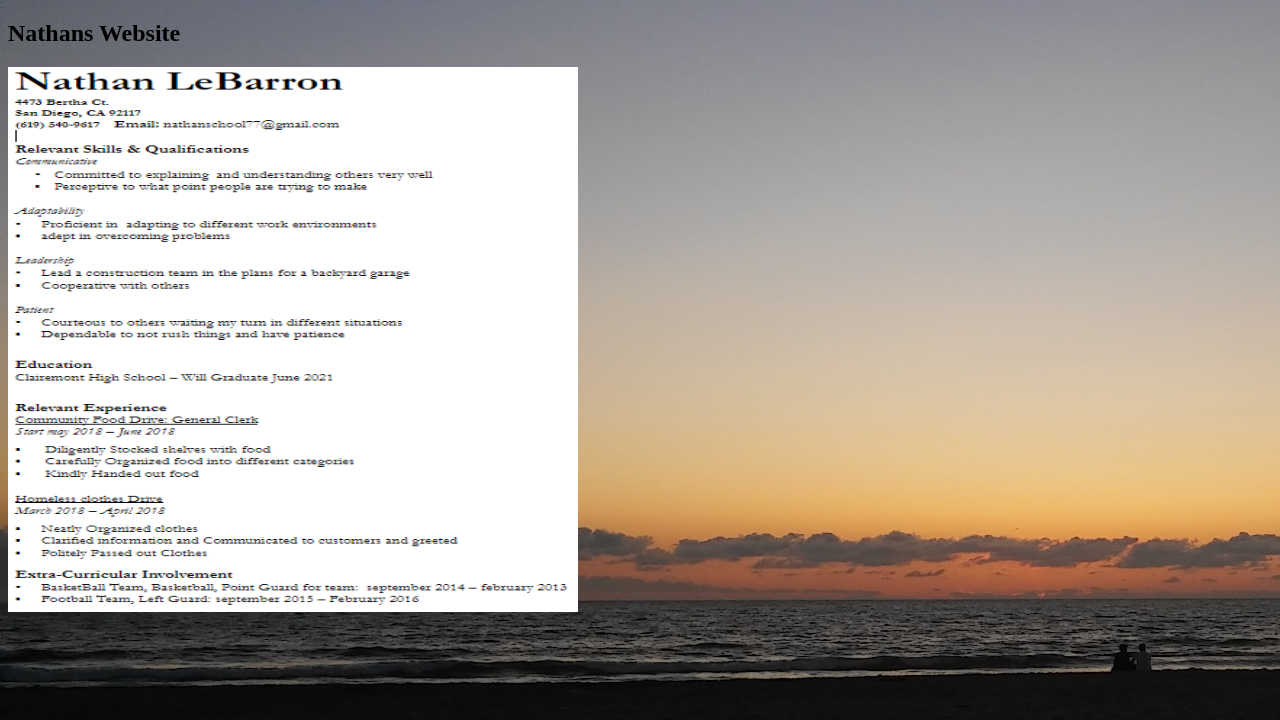
Repository: Nathan12144/Nathan12144.github.io
Page: resume.html
The author's editor kept a record of every edit. The page is drawn from the files as they stood at one moment, then again after the next edit.
The browser window is 1280 px wide. The pictures show the whole page.

Above is the page before.

### resume.html
<!DOCTYPE html>
<html>
    <style>
body {
  background-image: url('back.jpg');
}
</style>

<body>

<h2>Nathans Website</h2>
<img src="images/resum.PNG" alt="Resume" width="570" height="545">


</body>
</html>

After the next edit:
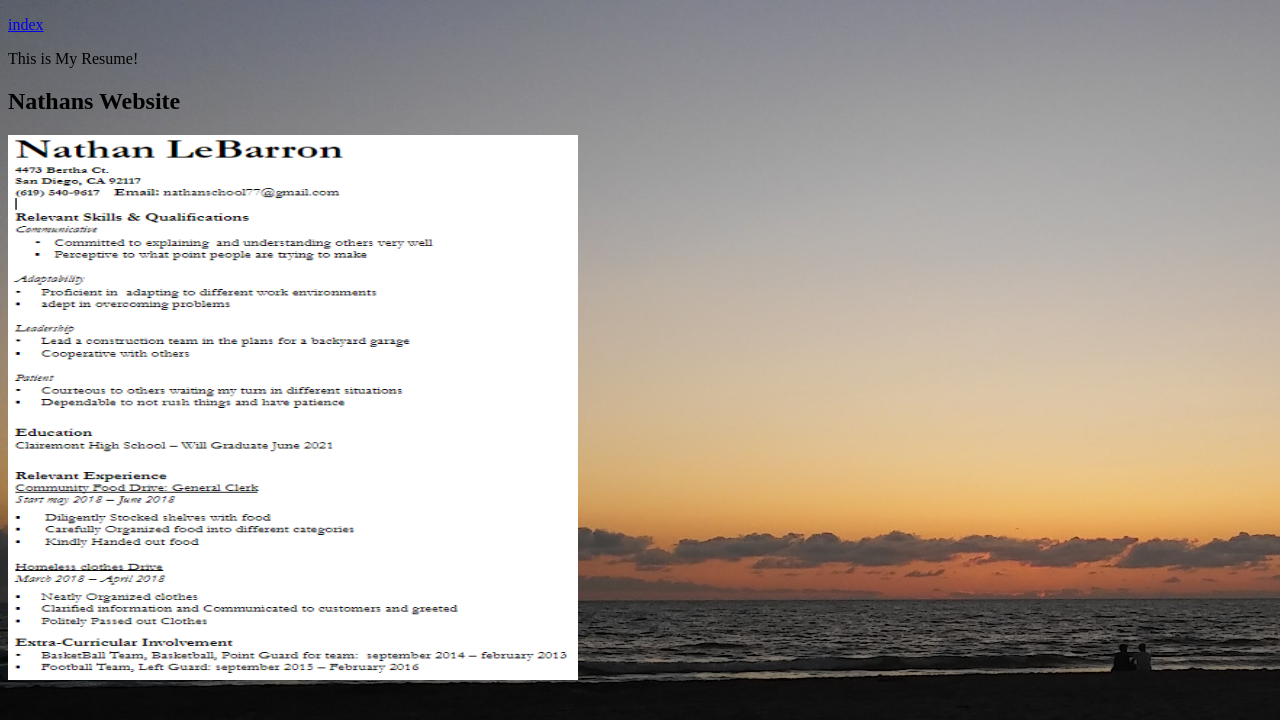
The edit:
--- a/resume.html
+++ b/resume.html
@@ -7,7 +7,8 @@
 </style>
 
 <body>
-
+ <p><a href="index.html" target="_blank">index</a>
+ <p>This is My Resume!</a></p>
 <h2>Nathans Website</h2>
 <img src="images/resum.PNG" alt="Resume" width="570" height="545">
 
